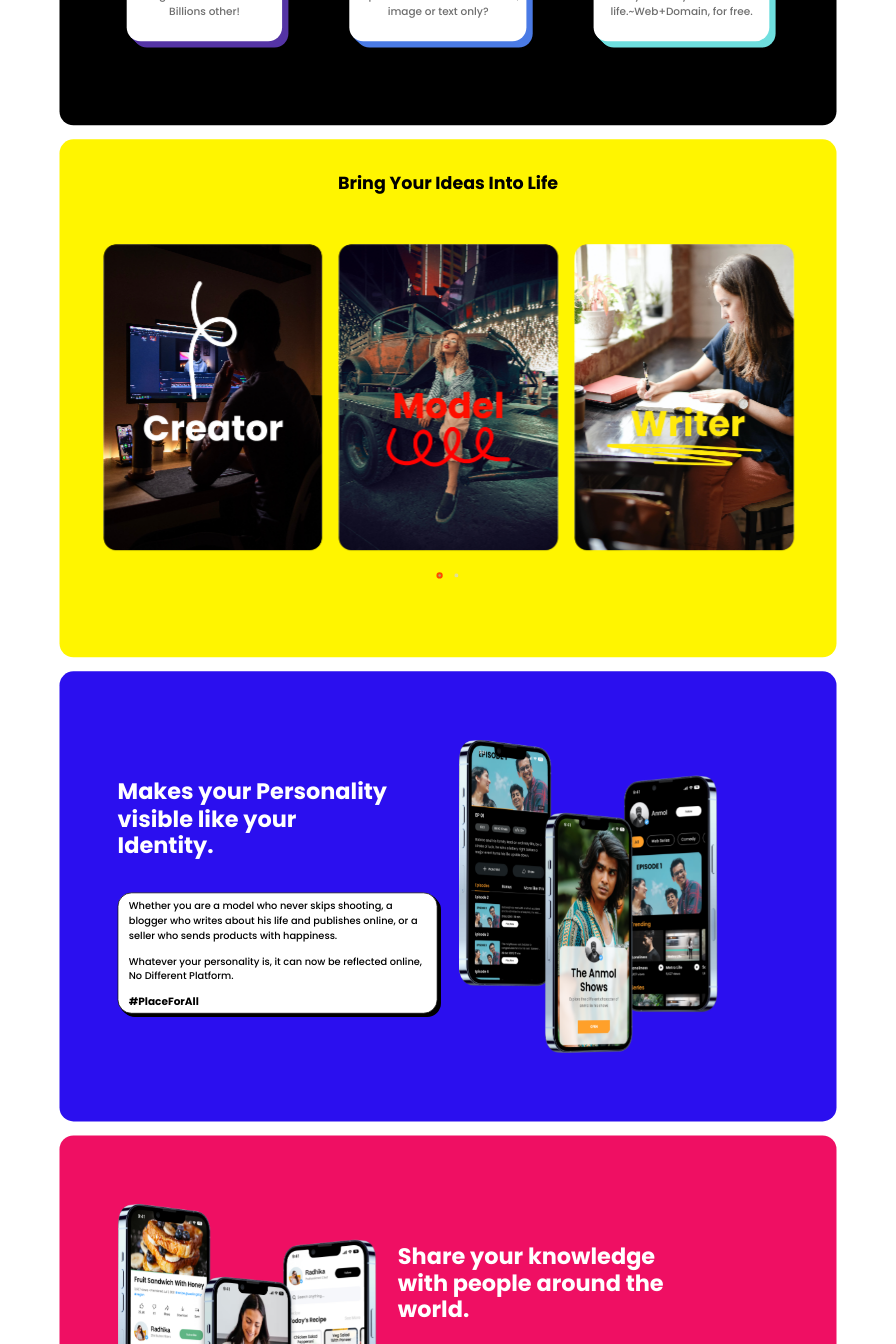
Repository: itsmesikandar/swavy.in.github.io
Page: index.html
These files come from the project's save history. The page is drawn as it stood at one moment and after the next save; the edit follows.
The browser window is 1280 px wide. The pictures show the part of the page from y = 1260 to 3180 px (the page is 4923 px tall before and 4935 px after), at 70% of full size.

Above is the page before, as saved 2023-02-23 22:21:37.
Console error: TypeError: Cannot read properties of undefined (reading 'fn')

After the next save:
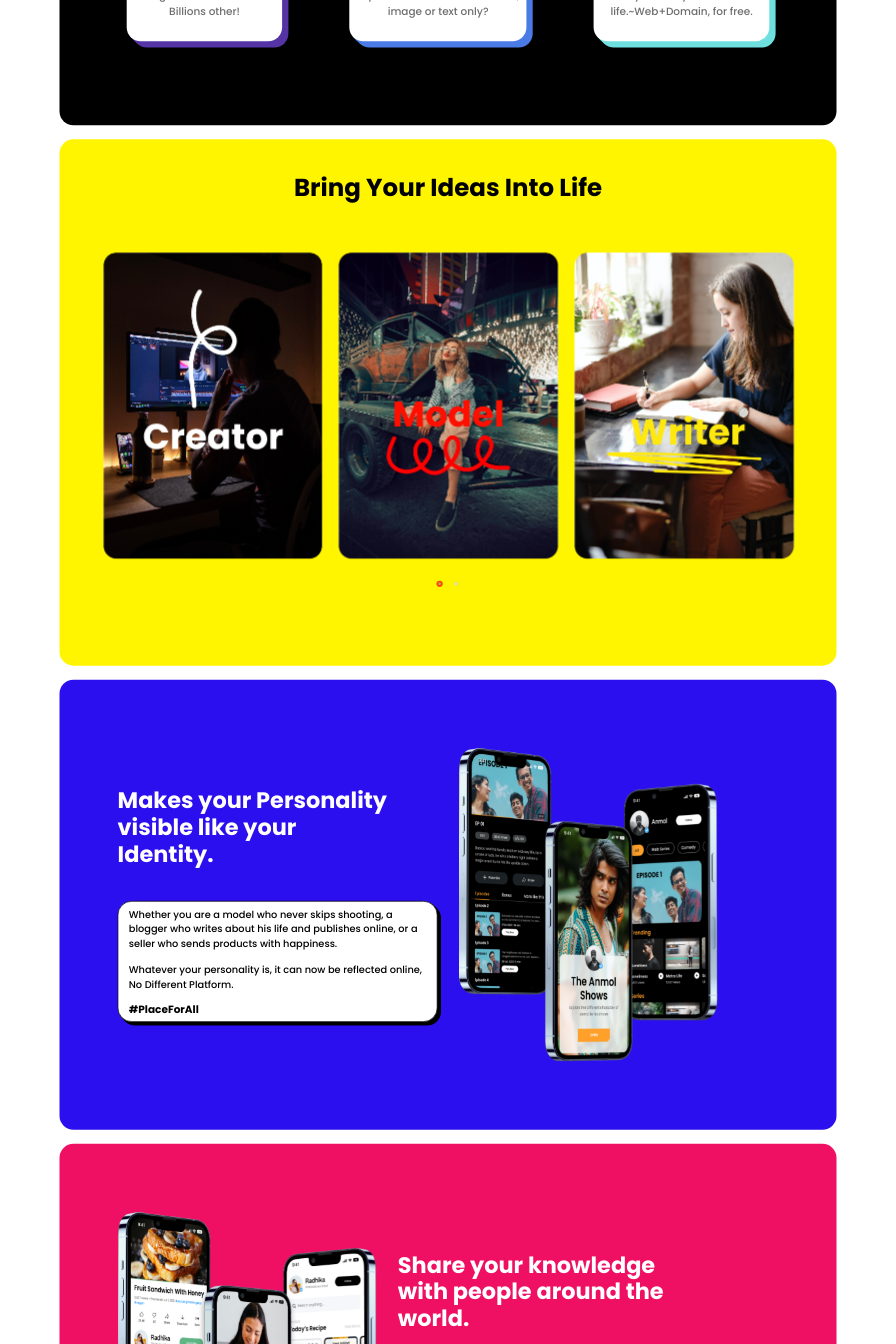
Saved 2 min 4 s later.
--- a/index.html
+++ b/index.html
@@ -109,7 +109,7 @@
               <div class="row">
                 <div class="col-12 text-center pb-5">
 
-                  <h4 class="section-subtitle mt-5"><b>Bring Your Ideas Into Life</b></h4>
+                  <h2 class="section-subtitle mt-5"><b>Bring Your Ideas Into Life</b></h2>
 
                 </div>
 
@@ -139,7 +139,7 @@
               <div class="row">
                 <div class="row align-items-center">
                   <div class="col-12 col-lg-offset-1 col-lg-6 grid-margin grid-margin-lg-0 align-left pl-5 pt-5 pb-5" data-aos="fade-right">
-                    <h3 class="m-0 font-wt-h3 mb-5">Makes your Personality<br>visible like your<br>Identity.</h3>
+                    <h2 class="m-0 font-wt-h3 mb-5">Makes your Personality<br>visible like your<br>Identity.</h2>
                     <div class="col-lg-12  font-wt-wb box-shadow-3d-d">
                       <p class=" font-wt-c mt-2">Whether you are a model who never skips shooting, a blogger who writes about his life and publishes online, or a seller who sends products with happiness.</p>
                       <p class="font-wt-c ">Whatever your personality is, it can now be reflected online, No Different Platform.</p>
